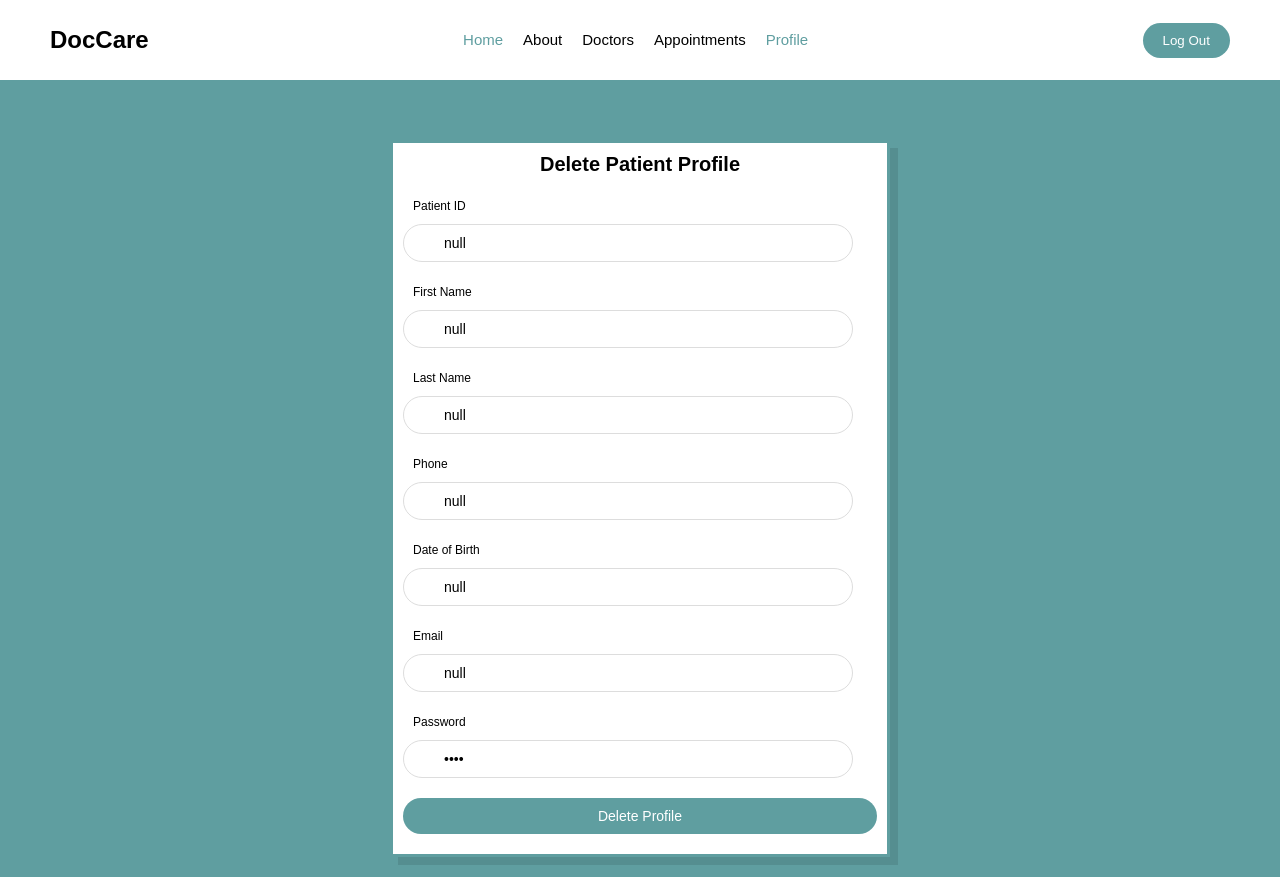
Repository: MonaliWatareka/echanneling
Page: http://localhost/PatientDemo/patientAccountDelete.jsp
An editor plug-in stored every save of this project. The page is shown before and after the next save, followed by the edit.
The browser window is 1280 px wide. The pictures show the whole page.
The page is served by Tomcat 10. Other server files are loaded and not shown.

Above is the page before, as saved 2024-10-13 04:49:42.

### Project/PatientDemo/src/main/webapp/patientAccountDelete.jsp
<%@ page language="java" contentType="text/html; charset=UTF-8"
    pageEncoding="UTF-8"%>
<!DOCTYPE html>
<html lang="en">
<head>
    <meta charset="UTF-8">
    <meta name="viewport" content="width=device-width, initial-scale=1.0">
    <title>Delete Patient Profile</title>
   <link rel="stylesheet" href="${pageContext.request.contextPath}/css/login.css">
   <style>

        body {
            background-color:  cadetblue;

        }
        .form-box{
         background-color: #fff;
        }

    </style>
</head>
<body>

    <!-- Navigation Bar -->
    <div class="nav">
        <div class="nav-logo">
            <p>DocCare</p>
        </div>
        <div class="nav-menu">
            <ul>
                <li><a href="Home.jsp" class="link active" >Home</a></li>
                    <li><a href="About.jsp" class="link ">About</a></li>
                    <li><a href="AvailabilityDisplayServlet" class="link ">Doctors</a></li>
                    <li><a href="#" class="link ">Appointments</a></li>
                    <li><a href="PatientAccServlet" class="link active">Profile</a></li>
            </ul>
        </div>
        <div class="nav-button">
                    <form action="logoutServlet" method="get">
                        <button type="submit" class="btn">Log Out</button>
                    </form>
                </div>
    </div>


    <%
    	String id=request.getParameter("id");
    	String fname=request.getParameter("fname");
    	String lname=request.getParameter("lname");
    	String phone=request.getParameter("phone");
    	String dob=request.getParameter("dob");
    	String email=request.getParameter("email");
    	String password=request.getParameter("password");

    %>

    <div class="wrapper">

            <div class="form-box">
                <div class="form-container">
                    <header>Delete Patient Profile</header>
                    <form action="PatientDeleteAccServlet" method="post">
                        <div class="input-box">
                            <label>Patient ID</label>
                            <input type="text" class="input-field" name="patientID" value="<%=id %>" readonly>
                        </div>

                        <div class="input-box">
                            <label>First Name</label>
                            <input type="text" class="input-field" name="patientFName" value="<%=fname %>" readonly>
                        </div>

                        <div class="input-box">
                            <label>Last Name</label>
                            <input type="text" class="input-field" name="patientLName" value="<%=lname %>" readonly>
                        </div>

                        <div class="input-box">
                            <label>Phone</label>
                            <input type="text" class="input-field" name="patientPhone" value="<%=phone %>" readonly>
                        </div>

                        <div class="input-box">
                            <label>Date of Birth</label>
                            <input type="text" class="input-field" name="patientDOB" value="<%=dob %>" readonly>
                        </div>

                        <div class="input-box">
                            <label>Email</label>
                            <input type="email" class="input-field" name="patientEmail" value="<%=email %>" readonly>
                        </div>

                        <div class="input-box">
                            <label>Password</label>
                            <input type="password" class="input-field" name="patientPassword" value="<%=password %>" readonly>
                        </div>

                        <div class="input-box">
                            <input type="submit" class="submit" value="Delete Profile">
                        </div>




                            </form>
                        </div>

                </div>
            </div>
</body>
</html>

### Project/PatientDemo/src/main/webapp/css/login.css

* {
    margin: 0;
    padding: 0;
    box-sizing: border-box;
    font-family: 'Arial', sans-serif;
}

body {

    background-color: #fff ;
    display: flex;
    flex-direction: column;
    justify-content: flex-start;
    align-items: center;
    height: 100vh;
}

/* Navigation Bar */
.nav {
    width: 100%;
    height: 80px;
    background:rgb(255, 255, 255);
    display: flex;
    justify-content: space-between;
    align-items: center;
    padding: 0 50px;
    position: fixed;
    top: 0;
    left: 0;
    z-index: 100;
}

.nav-logo p {
    color: #000000;
    font-size: 24px;
    font-weight: bold;
}

.nav-menu ul {
    list-style: none;
    display: flex;
}

.nav-menu ul li {
    margin-right: 20px;
}

.nav-menu ul li a {
    color: #000000;
    text-decoration: none;
    font-size: 15px;
    transition: color 0.3s ease;
}

.nav-menu ul li a:hover,
.nav-menu ul li a.active {
    color:cadetblue;
}

.nav-button .btn {
    background-color: cadetblue;
    color: #fff;
    padding: 10px 20px;
    border: none;
    cursor: pointer;
    border-radius: 30px;
    transition: background-color 0.3s ease;
}

.nav-button .btn:hover {
    background-color: lightblue;
}

/* Wrapper and Form Styles */
.wrapper {

    width: 90%;
    max-width: 400px;
    padding: 20px;
    border: none;
    position: relative;
    margin-top: 120px;
    display: flex;
    justify-content: center;
    align-items: center;
    flex-direction: column;

}

.form-box {
    width: 500px;
    position: relative;

}

header {
    font-size: 20px;
    margin-top: 10px;
    font-weight: bold;
    margin-bottom: 20px;
    text-align: center;
}
label{
    font-size: 12px;
    margin-left: 10px;

}
.input-box {
    position: relative;

    margin-bottom: 20px;
}

.input-box i {
    position: absolute;
    left: 10px;
    top: 20px;
    color: #888;
}

.input-field {
    width: 95%;
    margin-top: 10px;
    padding: 10px 40px;
    border: 1px solid #ddd;
    border-radius: 25px;
    font-size: 14px;
}

.submit {
    width: 100%;
    padding: 10px;
    background-color: cadetblue;
    color: #fff;
    border: none;
    border-radius: 25px;
    cursor: pointer;
    font-size: 14px;
    transition: background-color 0.3s ease;
}

.submit:hover {
    background-color: lightblue;
}

.login-container,
.register-container {
    display: none;
    position: absolute;
    width: 100%;
    border: cadetblue solid;
    border-radius: 25px;
    padding: 20px;
    box-shadow: 8px 8px rgba(0, 0, 0, 0.1);

}
.form-container{

    width: 100%;
    max-width: 500px;
    margin: 0 auto;
    border: cadetblue solid;

    padding: 20px;
    box-shadow: 8px 8px rgba(0, 0, 0, 0.1);
    display: flex;
    flex-direction: column;
    padding: 0 10px;

}


.login-container.active,
.register-container.active {
    display: block;

}
.input-box select.input-field {
    padding: 10px 40px;
    -webkit-appearance: none; /* Remove default dropdown arrow appearance in WebKit browsers */
    -moz-appearance: none; /* Remove default dropdown arrow appearance in Mozilla browsers */
    appearance: none; /* Remove default dropdown arrow appearance in all browsers */
}
span {

    font-size: 20px;
    display: block;
    margin-bottom: 20px;
    text-align: center;
}

span a {
    color: cadetblue;
    cursor: pointer;
    text-decoration: none;
}

span a:hover {
    text-decoration: underline;
}

@media (max-width: 768px) {
    .nav {
        padding: 0 20px; /* Reduced padding for smaller screens */
        height: 60px; /* Adjusted height */
    }

    .nav-logo p {
        font-size: 20px; /* Smaller font size for logo */
    }

    .nav-menu ul li {
        margin-right: 10px; /* Reduced margin for menu items */
    }

    .nav-menu ul li a {
        font-size: 10px; /* Smaller font size for links */
    }

    .wrapper {
        width: 90%;
        margin-top: 100px; /* Adjust margin to fit screen */
    }

    header {
        font-size: 24px; /* Smaller font size for header */
    }

    .input-field {
        font-size: 14px; /* Smaller font size for input fields */
    }

    .submit {
        font-size: 14px; /* Smaller font size for submit button */
    }

    span {
        font-size: 15x; /* Smaller font size for span */
    }
}

@media (max-width: 480px) {
    .nav {
        padding: 0 10px; /* Further reduced padding for very small screens */
        height: 50px; /* Adjusted height */
    }

    .nav-logo p {
        font-size: 18px; /* Even smaller font size for logo */
    }

    .nav-menu ul li {
        margin-right: 5px; /* Further reduced margin for menu items */
    }

    .nav-menu ul li a {
        font-size: 8px; /* Even smaller font size for links */
    }

    .wrapper {
        margin-top: 80px; /* Further adjusted margin */
    }

    header {
        font-size: 20px; /* Smaller font size for header */
    }

    .input-field {
        font-size: 12px; /* Smaller font size for input fields */
    }

    .submit {
        font-size: 12px; /* Smaller font size for submit button */
    }

    span {
        font-size: 18px; /* Smaller font size for span */
    }
}

After the next save:
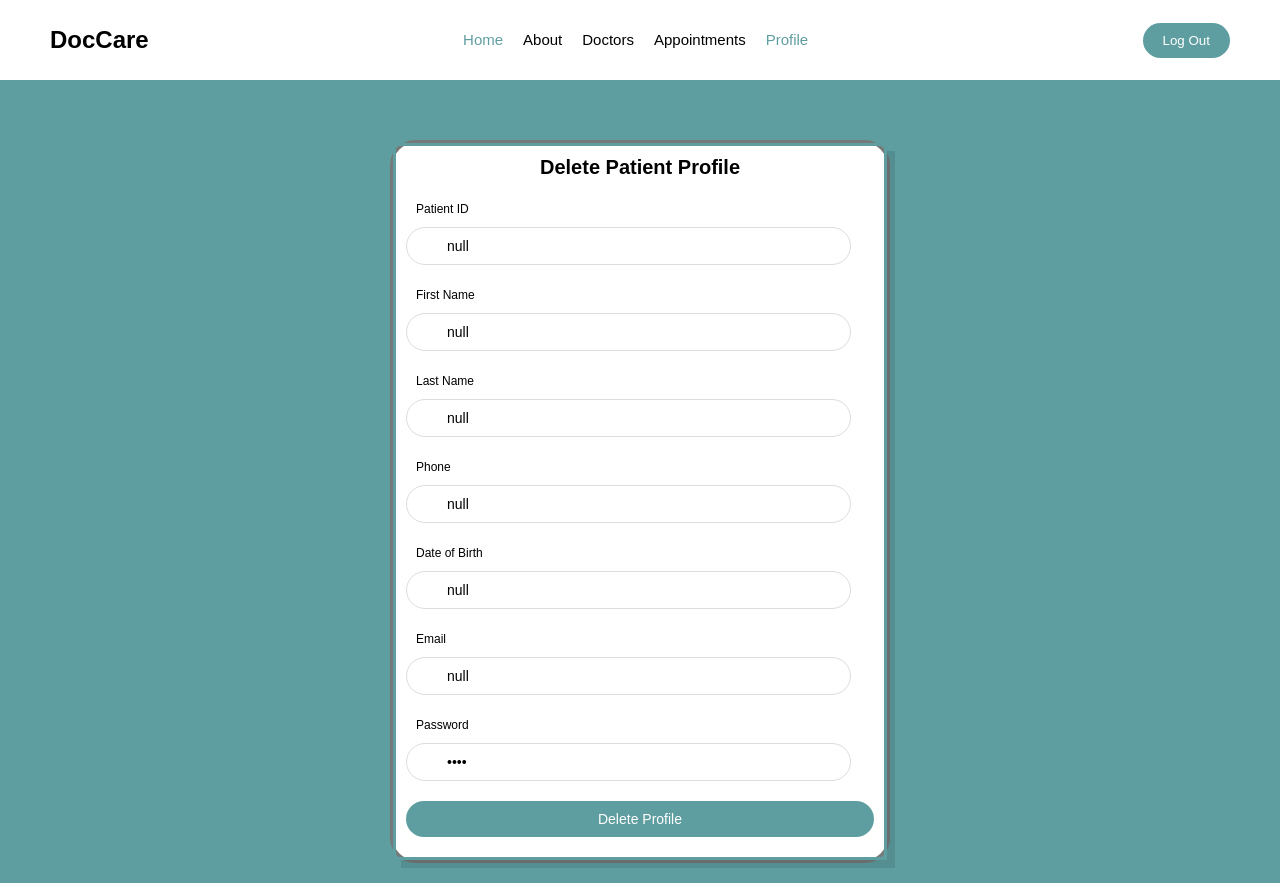
Saved 3 min 14 s later.
--- a/Project/PatientDemo/src/main/webapp/patientAccountDelete.jsp
+++ b/Project/PatientDemo/src/main/webapp/patientAccountDelete.jsp
@@ -15,6 +15,8 @@
         }
         .form-box{
          background-color: #fff;
+         border: rgba(0, 7, 7, 0.537) solid;
+         border-radius: 25px;
         }
 
     </style>

After the save that followed:
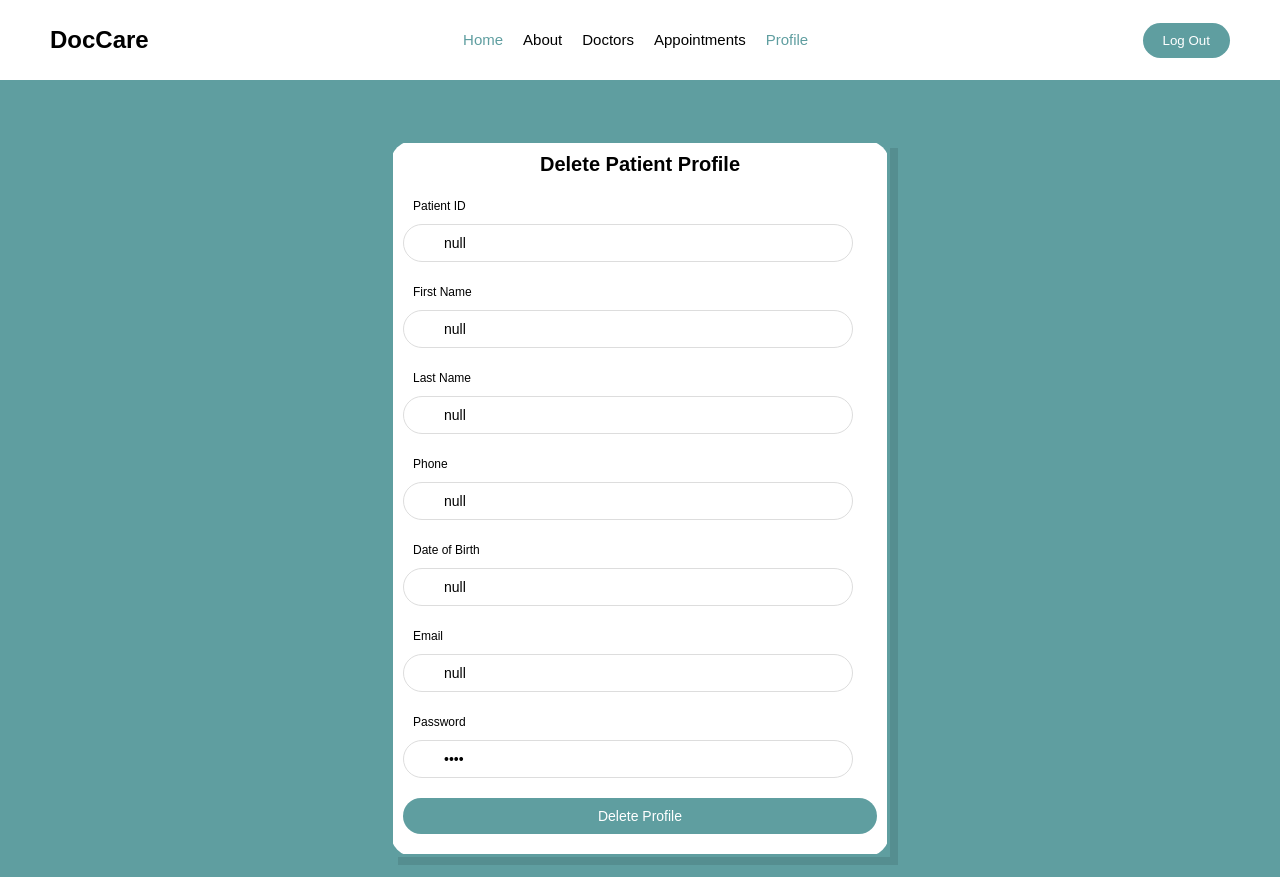
Saved 8 min 0 s later.
--- a/Project/PatientDemo/src/main/webapp/patientAccountDelete.jsp
+++ b/Project/PatientDemo/src/main/webapp/patientAccountDelete.jsp
@@ -15,7 +15,7 @@
         }
         .form-box{
          background-color: #fff;
-         border: rgba(0, 7, 7, 0.537) solid;
+         border: black;
          border-radius: 25px;
         }
 
